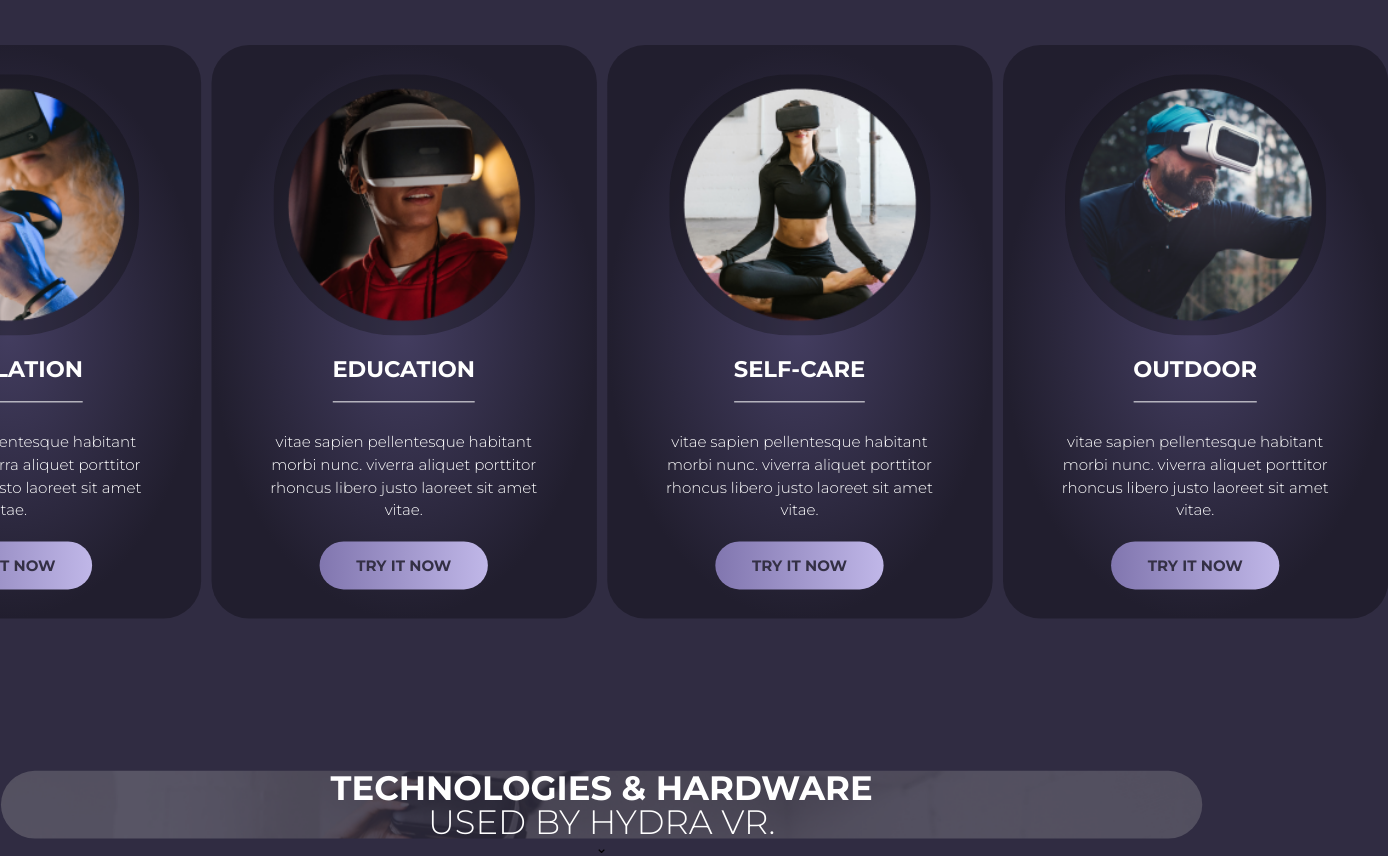
Repository: xMargi/Hydra-LandingPage
Page: index.html
An editor plug-in stored every save of this project. The page is shown before and after the next save, followed by the edit.
The browser window is 1280 px wide. The page is 1477 px wide, so the pictures cover 1477 px, including what lies to the right of the window. The pictures show the whole page, at 94% of full size.

Above is the page before, as saved 2023-06-07 21:00:25.

After the next save:
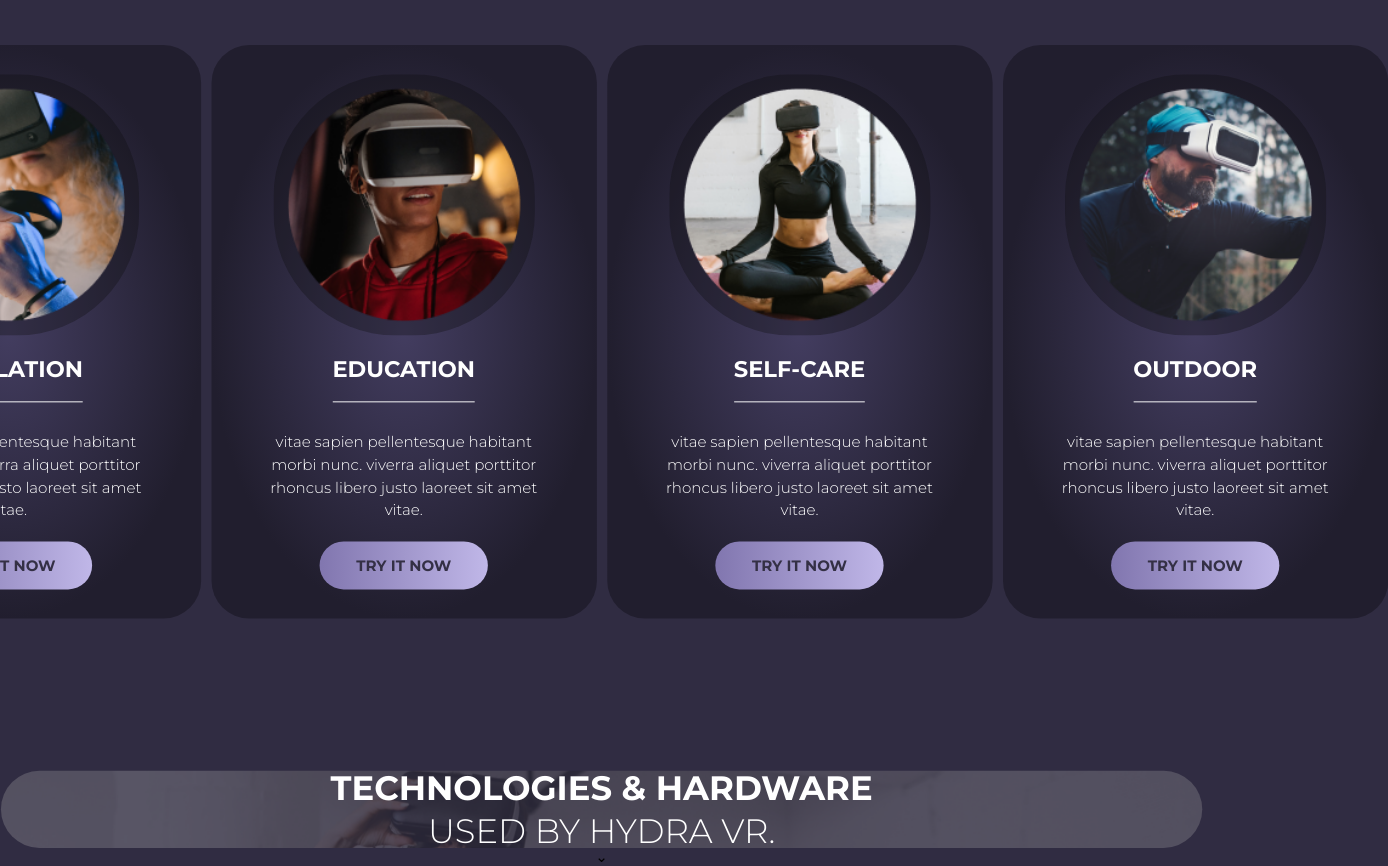
Saved 12 s later.
--- a/style.css
+++ b/style.css
@@ -121,5 +121,6 @@ body{
     font-weight: 300;
     font-size: 36px;
     color: var(--cor-branca);
+    padding-top: 0.625rem;
 
 }
